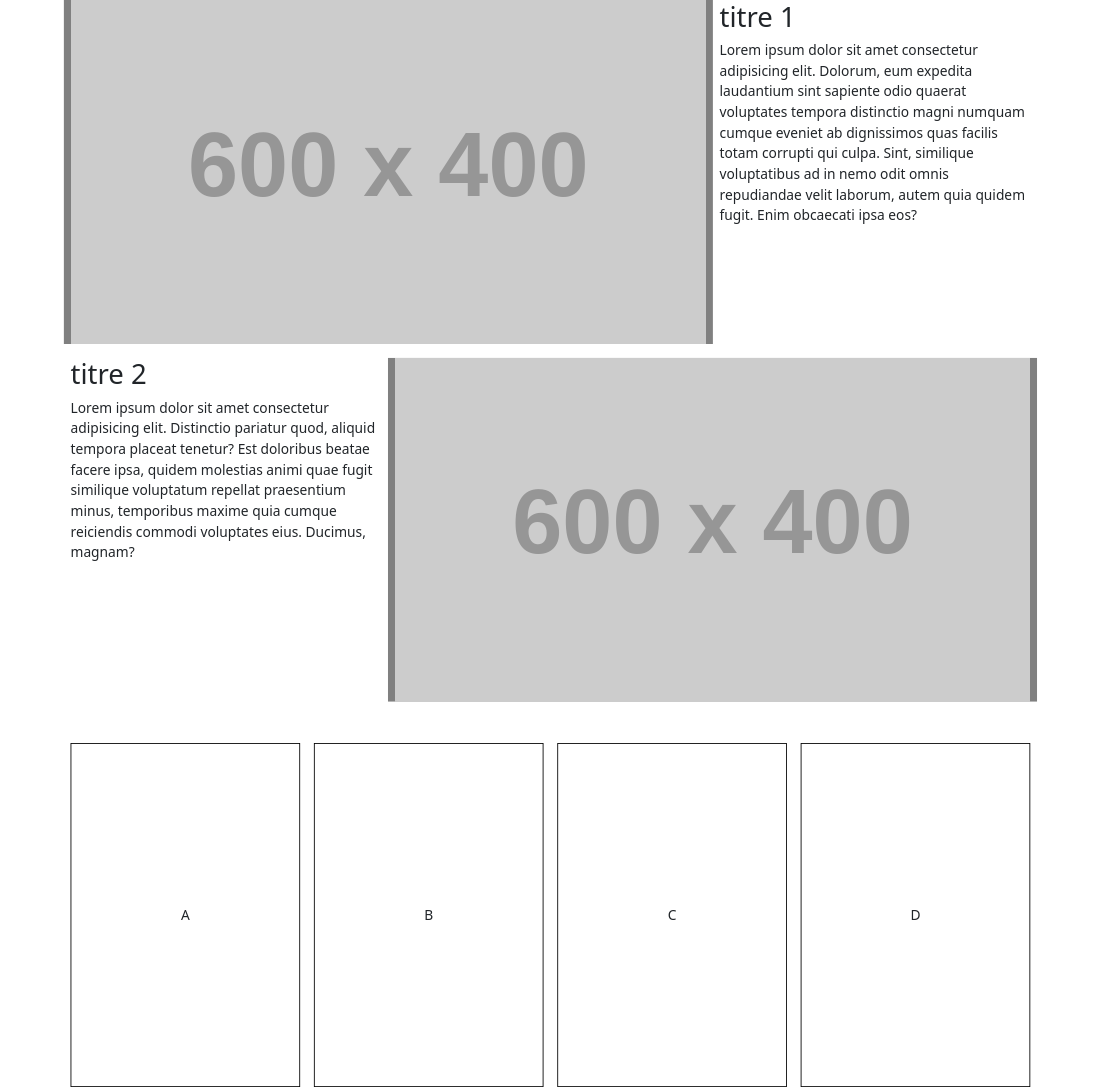
Repository: fbansept/ran4_24
Page: correction-tp.html
These files come from the project's save history. The page is drawn as it stood at one moment and after a run of saves; the edit follows.
The browser window is 1280 px wide. The pictures show the whole page, at 86% of full size.

Above is the page before, as saved 2024-10-22 09:56:52.

After the next 2 saves:
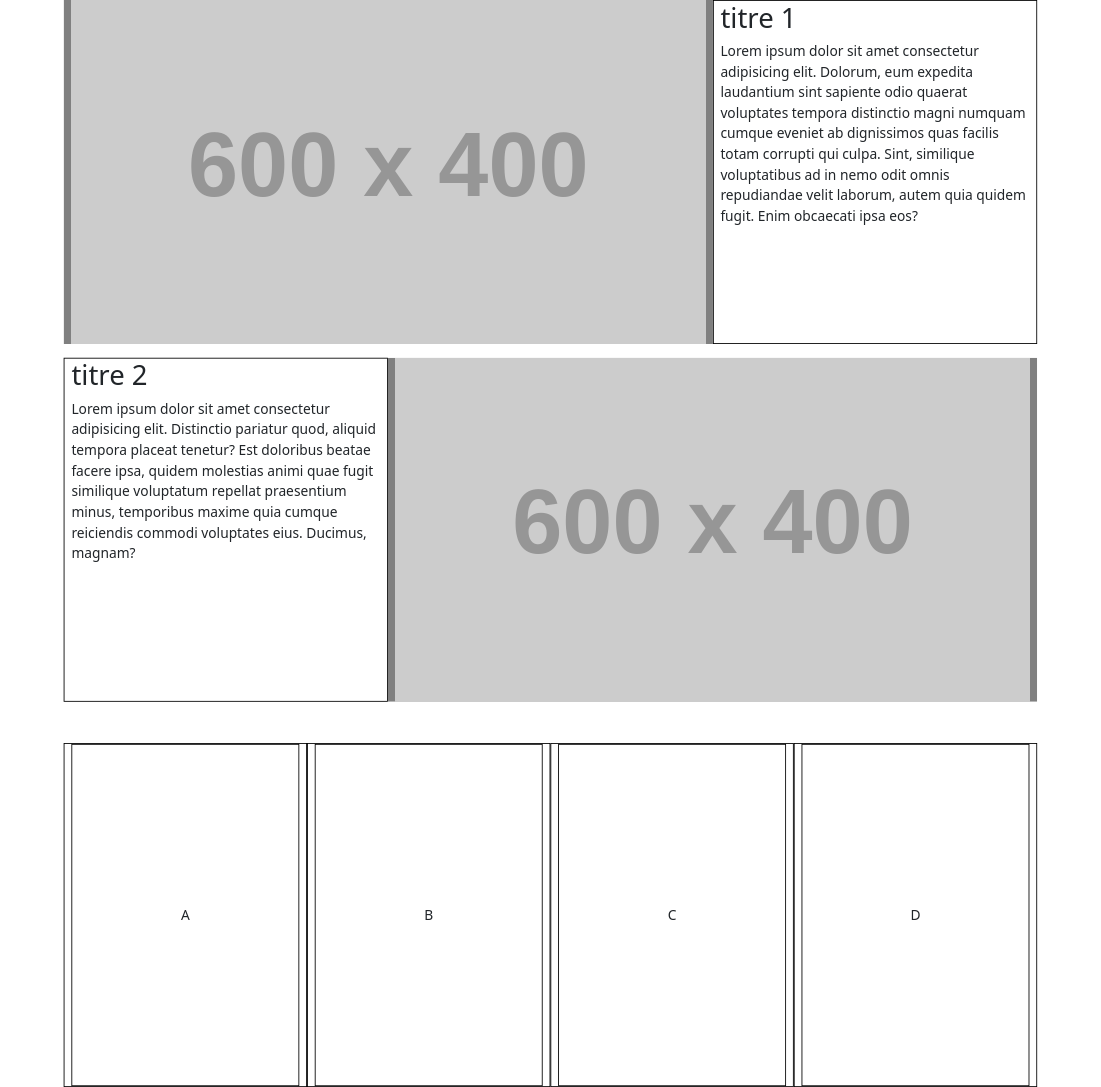
The 2 saves are shown as one change because they came seconds apart.
The last was saved 6 s later.
--- a/style.css
+++ b/style.css
@@ -5,10 +5,9 @@ section > img {
 }
 
 section > article,
-section > div{
-  border: ;
+section > div {
+  border: 1px solid black;
 }
-
 
 section > div > div {
   border: solid 1px black;
@@ -26,6 +25,6 @@ section > img {
 }
 
 body {
-    display: flex;
-    flex-direction: column;
+  display: flex;
+  flex-direction: column;
 }
